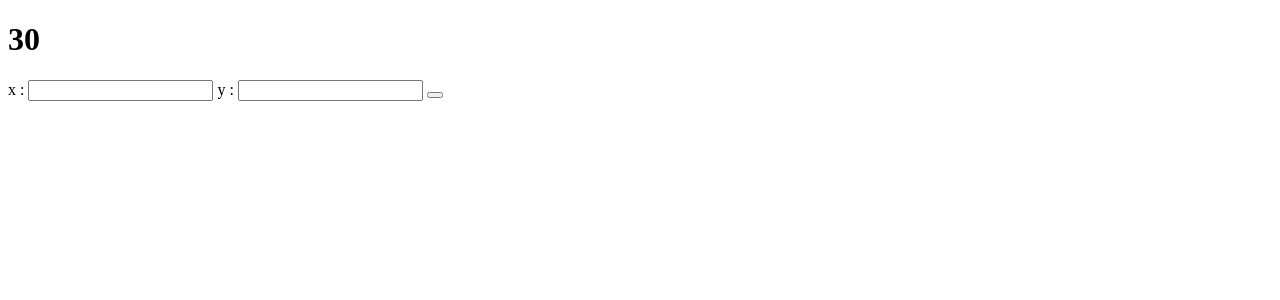
Repository: AiharaAkira/jsp
Page: http://localhost/05_JSP/test.jsp
An editor plug-in stored every save of this project. The page is shown before and after the next save, followed by the edit.
The browser window is 1280 px wide. The pictures show the whole page.
The page is served by Tomcat 9.

Above is the page before, as saved 2021-11-09 04:29:20.

After the next save:
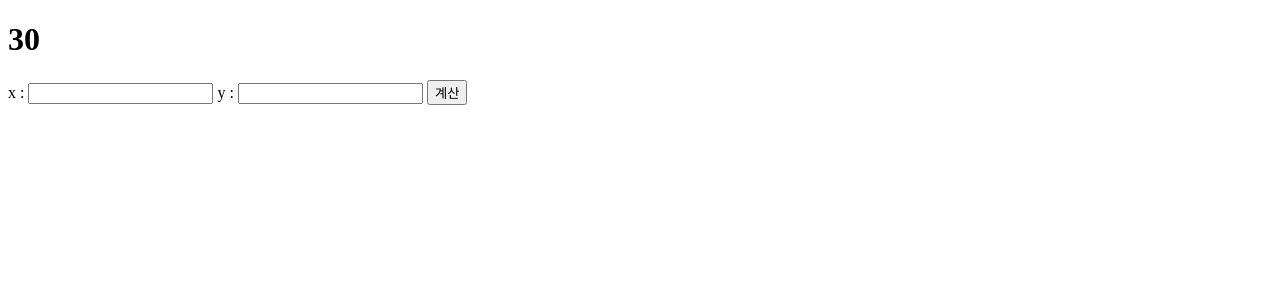
Saved 4 s later.
--- a/WebWorkSpace/05_JSP/src/main/webapp/test.jsp
+++ b/WebWorkSpace/05_JSP/src/main/webapp/test.jsp
@@ -21,7 +21,7 @@
  <form action="o.jsp">
  x : <input>
  y : <input>
- <button></button>
+ <button>계산</button>
  </form>
 
 </body>
